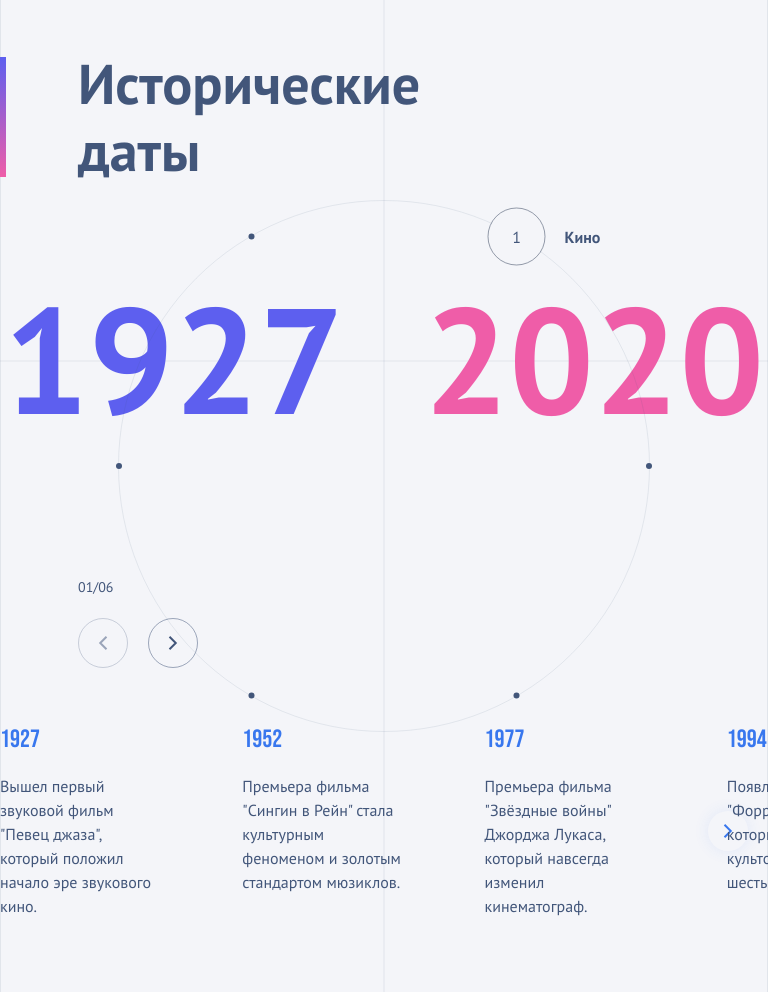
Repository: LenarTulupov/only
Page: /
These files come from the project's save history. The page is drawn as it stood at one moment and after a run of saves; the edit follows.
The browser window is 768 px wide. The pictures show the whole page.
The project was rebuilt for these pictures with package versions that can differ from the ones it lists, and the page was loaded fresh each time.

Above is the page before, as saved 2024-12-18 15:21:51.

After the next 2 saves:
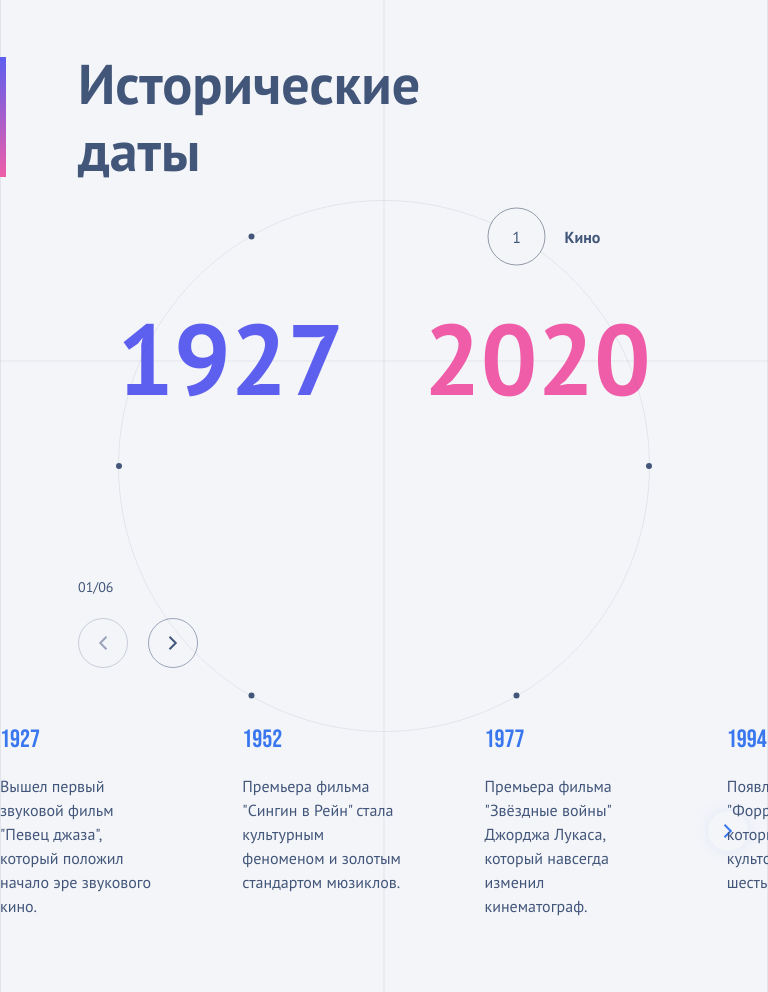
The 2 saves are shown as one change because they came seconds apart.
The last was saved 46 s later.
--- a/src/pages/home/history/history.module.scss
+++ b/src/pages/home/history/history.module.scss
@@ -49,4 +49,7 @@
   .circle {
     margin-top: 150px;
   }
+  .dates {
+    font-size: 100px;
+  }
 }
